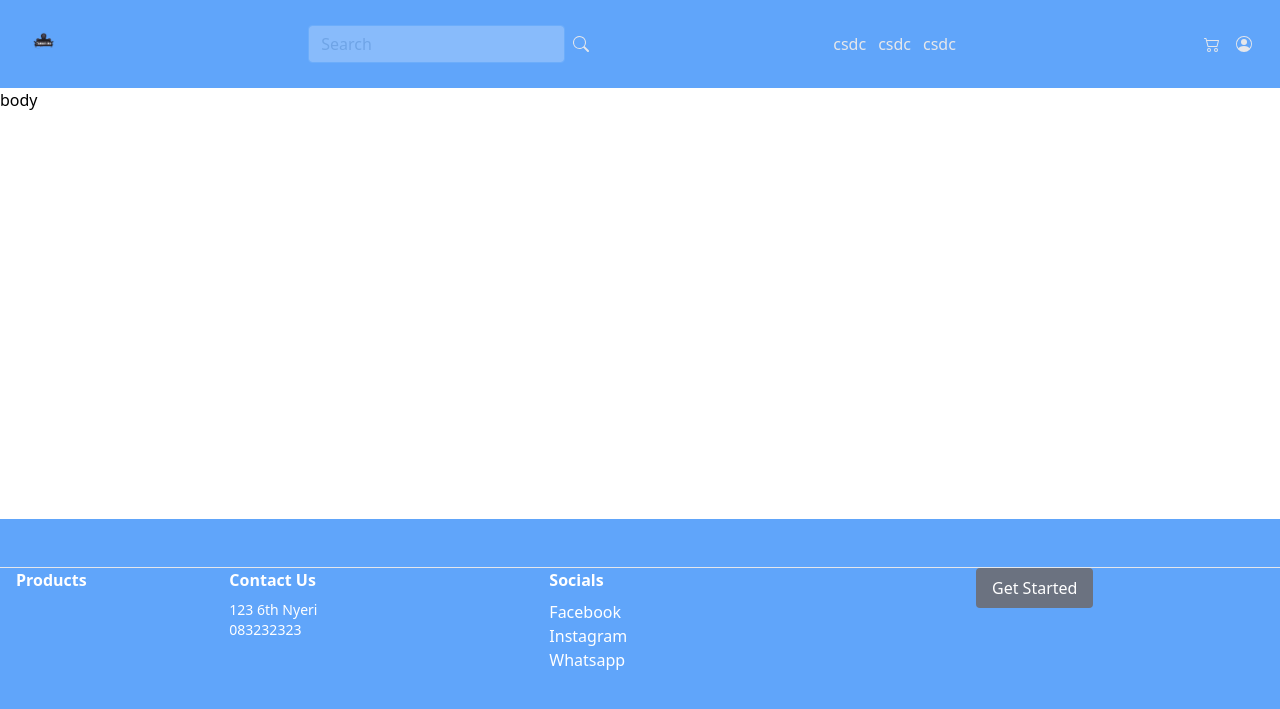
Repository: DevLaukey/Jitu-final
Page: / (app in frontend/)
These files come from the project's save history. The page is drawn as it stood at one moment and after the next save; the edit follows.
The browser window is 1280 px wide. The pictures show the whole page.
The project was rebuilt for these pictures with package versions that can differ from the ones it lists, and the page was loaded fresh each time.

Above is the page before, as saved 2022-07-13 14:27:18.

After the next save:
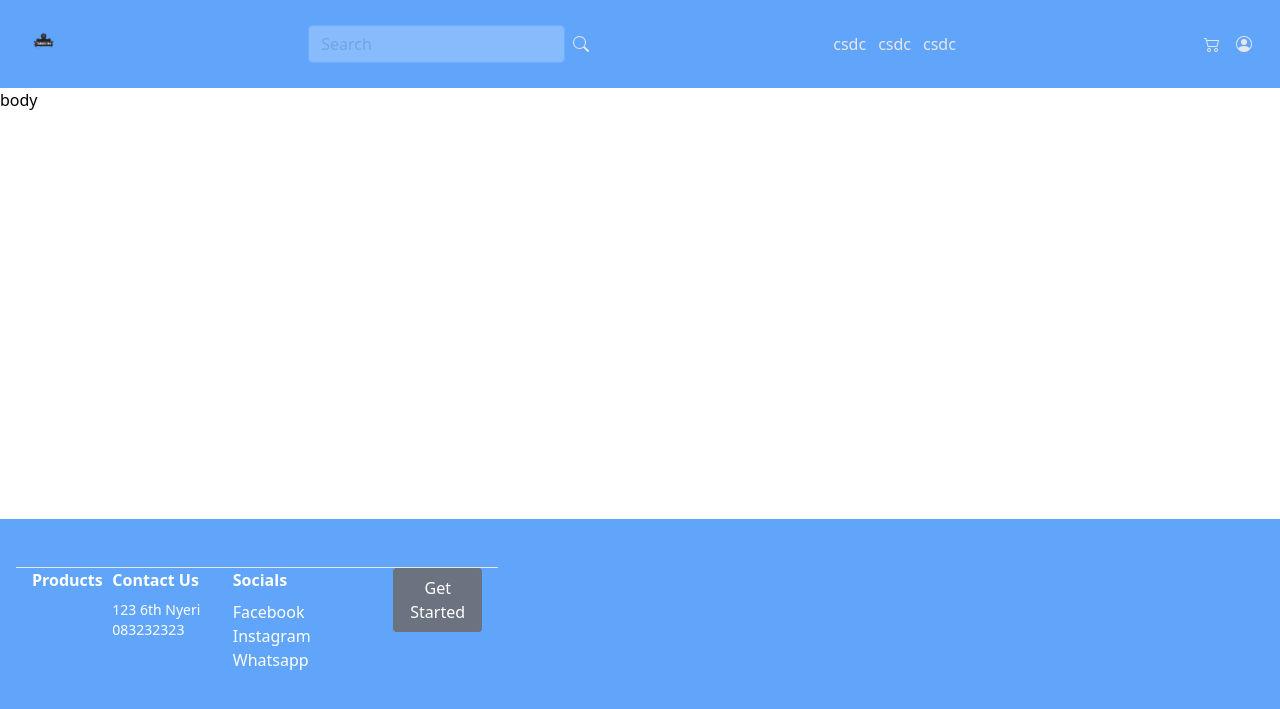
Saved 36 s later.
--- a/frontend/src/components/Footer.js
+++ b/frontend/src/components/Footer.js
@@ -3,7 +3,8 @@
 function Footer() {
   return (
     <footer class="footer-1 fixed w-full bottom-0 text-white bg-blue-400 py-8 sm:py-12">
-        <div class="sm:flex w-full justify-between sm:flex-wrap border-t">
+      <div class="flex w-max justify-between px-4 ">
+        <div class="sm:flex w-full justify-between border-t">
           <div class="sm:w-full px-4 md:w-1/6">
             <strong>Products</strong>
           </div>
@@ -28,6 +29,7 @@
               Get Started
             </button>
           </div>
+        </div>
       </div>
     </footer>
   );

After the save that followed:
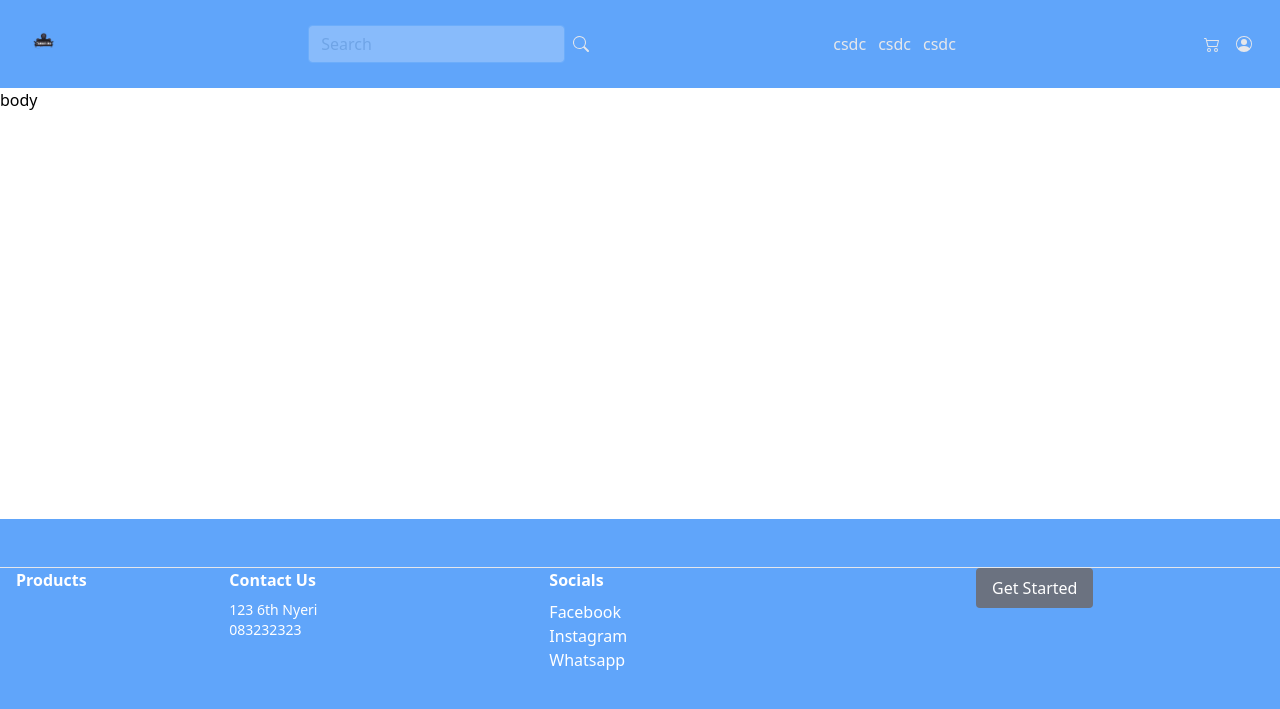
Saved 9 s later.
--- a/frontend/src/components/Footer.js
+++ b/frontend/src/components/Footer.js
@@ -3,7 +3,6 @@
 function Footer() {
   return (
     <footer class="footer-1 fixed w-full bottom-0 text-white bg-blue-400 py-8 sm:py-12">
-      <div class="flex w-max justify-between px-4 ">
         <div class="sm:flex w-full justify-between border-t">
           <div class="sm:w-full px-4 md:w-1/6">
             <strong>Products</strong>
@@ -30,7 +29,6 @@
             </button>
           </div>
         </div>
-      </div>
     </footer>
   );
 }
